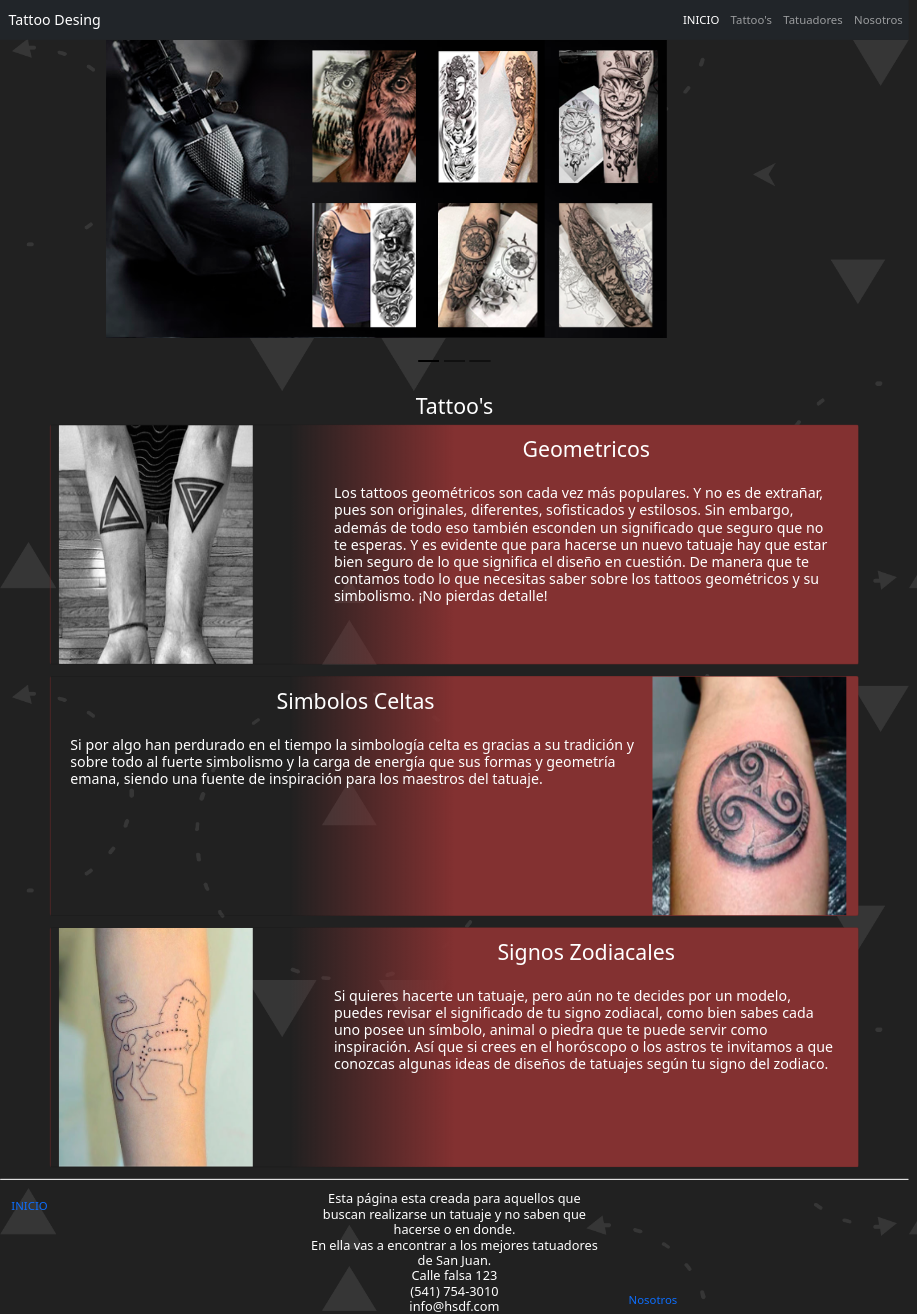
Repository: Vladimir-22/TatooDesign
Page: index.html
An editor plug-in stored every save of this project. The page is shown before and after the next save, followed by the edit.
The browser window is 1280 px wide. The page is 1292 px wide, then 1291 px, then 1292 px, so the pictures cover 1292 px, including what lies to the right of the window. The pictures show the whole page, at 71% of full size.
Some web libraries are served in a nearby version.

Above is the page before, as saved 2021-05-19 21:02:38.

### index.html
<!DOCTYPE html>
<html lang="es">

<head>
    <meta charset="UTF-8">
    <meta http-equiv="X-UA-Compatible" content="IE=edge">
    <meta name="viewport" content="width=device-width, initial-scale=1.0">
    <link href="https://cdn.jsdelivr.net/npm/bootstrap@5.0.0-beta3/dist/css/bootstrap.min.css" rel="stylesheet" integrity="sha384-eOJMYsd53ii+scO/bJGFsiCZc+5NDVN2yr8+0RDqr0Ql0h+rP48ckxlpbzKgwra6" crossorigin="anonymous">
    <script src="https://cdn.jsdelivr.net/npm/bootstrap@5.0.0-beta3/dist/js/bootstrap.bundle.min.js" integrity="sha384-JEW9xMcG8R+pH31jmWH6WWP0WintQrMb4s7ZOdauHnUtxwoG2vI5DkLtS3qm9Ekf" crossorigin="anonymous"></script>
    <script src="https://cdn.jsdelivr.net/npm/bootstrap@5.0.0-beta3/dist/js/bootstrap.bundle.min.js" integrity="sha384-JEW9xMcG8R+pH31jmWH6WWP0WintQrMb4s7ZOdauHnUtxwoG2vI5DkLtS3qm9Ekf" crossorigin="anonymous"></script>
    <script src="https://cdn.jsdelivr.net/npm/@popperjs/core@2.9.1/dist/umd/popper.min.js" integrity="sha384-SR1sx49pcuLnqZUnnPwx6FCym0wLsk5JZuNx2bPPENzswTNFaQU1RDvt3wT4gWFG" crossorigin="anonymous"></script>
    <script src="https://cdn.jsdelivr.net/npm/bootstrap@5.0.0-beta3/dist/js/bootstrap.min.js" integrity="sha384-j0CNLUeiqtyaRmlzUHCPZ+Gy5fQu0dQ6eZ/xAww941Ai1SxSY+0EQqNXNE6DZiVc" crossorigin="anonymous"></script>
    <link rel="stylesheet" href="https://use.fontawesome.com/releases/v5.8.1/css/all.css" integrity="sha384-50oBUHEmvpQ+1lW4y57PTFmhCaXp0ML5d60M1M7uH2+nqUivzIebhndOJK28anvf" crossorigin="anonymous">
    <link rel="stylesheet" href="css/styles.css">
    <title>Tattoo Desing</title>
</head>

<body>
    <nav class="navbar navbar-expand-lg navbar-dark bg-dark">
        <div class="container-fluid">
            <!-- <i class="fas fa-bars"></i> -->

            <div class="col-md-9">
                <a class="navbar-brand" href="#">Tattoo Desing</a>

                <button class="navbar-toggler" type="button" data-bs-toggle="collapse" data-bs-target="#navbarNav" aria-controls="navbarNav" aria-expanded="false" aria-label="Toggle navigation">
                    <span class="navbar-toggler-icon"></span>
                </button>
            </div>

            <div class="col-md-3 collapse navbar-collapse" id="navbarNav">
                <ul class="navbar-nav">
                    <li class="nav-item">
                        <a class="nav-link active" aria-current="page" href="#">INICIO</a>
                    </li>
                    <li class="nav-item">
                        <a class="nav-link" href="tattoo's.html">Tattoo's</a>
                    </li>
                    <li class="nav-item">
                        <a class="nav-link" href="tatuadores.html">Tatuadores</a>
                    </li>
                    <li class="nav-item">
                        <a class="nav-link" href="nosotros.html" tabindex="-1" aria-disabled="true">Nosotros</a>
                    </li>
                </ul>
            </div>

        </div>
    </nav>

    <div class="container">
        <div class="row" id="carrusel" >
            <div id="carouselExampleDark" class="carousel carousel-dark slide" data-bs-ride="carousel">

                <div class="carousel-indicators">
                    <button type="button" data-bs-target="#carouselExampleDark" data-bs-slide-to="0" class="active" aria-current="true" aria-label="Slide 1"></button>
                    <button type="button" data-bs-target="#carouselExampleDark" data-bs-slide-to="1" aria-label="Slide 2"></button>
                    <button type="button" data-bs-target="#carouselExampleDark" data-bs-slide-to="2" aria-label="Slide 3"></button>
                </div>

                <div class="carousel-inner">
                    <div class="carousel-item active" data-bs-interval="10000">
                        <img id="imgCarrusel" src="./Agos/Carrusel/trae-tu-diseño.png" class="d-block w-20" alt="...">
                        <!-- <div class="carousel-caption d-none d-md-block">
                            <h5>First slide label</h5>
                            <p>Some representative placeholder content for the first slide.</p>
                        </div> -->
                    </div>
                    <div class="carousel-item" data-bs-interval="4000">
                        <img id="imgCarrusel" src="./Agos/Carrusel/Tendencias.png" class="d-block w-20" alt="...">
                        <!-- <div class="carousel-caption d-none d-md-block">
                            <h5>Second slide label</h5>
                            <p>Some representative placeholder content for the second slide.</p>
                        </div> -->
                    </div>
                    <div class="carousel-item" data-bs-interval="2000">
                        <img id="imgCarrusel" src="./Agos/Carrusel/Tatuadores-banner.png" class="d-block w-20" alt="...">
                        <!-- <div class="carousel-caption d-none d-md-block">
                            <h5>Third slide label</h5>
                            <p>Some representative placeholder content for the third slide.</p>
                        </div> -->
                    </div>
                </div>

                <!-- <button class="carousel-control-prev" type="button" data-bs-target="#carouselExampleDark" data-bs-slide="prev">
                  <span class="carousel-control-prev-icon" aria-hidden="true"></span>
                  <span class="visually-hidden">Previous</span>
                </button>
                <button class="carousel-control-next" type="button" data-bs-target="#carouselExampleDark" data-bs-slide="next">
                  <span class="carousel-control-next-icon" aria-hidden="true"></span>
                  <span class="visually-hidden">Next</span>
                </button> -->

            </div>
        </div>

        <div class="row section2 text-center">
            <h1>
                Tattoo's
            </h1>
        </div>

        <div class="row">
            <!-- <div class="card mb-3">
                <img src="./Pedro/Categorías - Signos Zodiacales/Simbolos Celtas.PNG" class="card-img-top" alt="...">
                <div class="card-body">
                    <h5 class="card-title">Card title</h5>
                    <p class="card-text">This is a wider card with supporting text below as a natural lead-in to additional content. This content is a little bit longer.</p>
                    <p class="card-text"><small class="text-muted">Last updated 3 mins ago</small></p>
                </div>
            </div> -->

            <div id="Geometricos" class="card mb-3" style="max-width: auto;">
                <div class="row g-0">
                    <div class="col-md-4">
                        <img id="imagen" src="./Pedro/Categorías - descripcion inicio/Tatuajes Geometricos.jpg" alt="...">
                    </div>
                    <div class="col-md-8">
                        <div class="card-body">
                            <h1 class="card-title">Geometricos</h1> <br>
                            <h5 id="descrip-gral" class="card-text">
                                Los tattoos geométricos son cada vez más populares. Y no es de extrañar, pues son originales, diferentes, sofisticados y estilosos. Sin embargo, además de todo eso también esconden un significado que seguro que no te esperas.
                                Y es evidente que para hacerse un nuevo tatuaje hay que estar bien seguro de lo que significa el diseño en cuestión. De manera que te contamos todo lo que necesitas saber sobre los tattoos geométricos y su simbolismo. ¡No
                                pierdas detalle!
                            </h5>
                            <!-- <p class="card-text"><small class="text-muted">Última actualización 3 minutos</small></p> -->
                        </div>
                    </div>
                </div>
            </div>

            <div id="Celtas" class="card mb-3" style="max-width: auto;">
                <div class="row g-0">
                    <div class="col-md-9">
                        <div class="card-body">
                            <h1 class="card-title">Simbolos Celtas</h1> <br>
                            <h5 id="descrip-gral" class="card-text">
                                Si por algo han perdurado en el tiempo la simbología celta es gracias a su tradición y sobre todo
                                al fuerte simbolismo y la carga de energía que sus formas y geometría emana, siendo una fuente de
                                inspiración para los maestros del tatuaje.
                            </h5 >
                            <!-- <p class="card-text"><small class="text-muted">Última actualización 3 minutos</small></p> -->
                        </div>
                    </div>
                    <div class="col-md-3">
                        <img id="imagen" src="./Pedro/Categorías - descripcion inicio/Simbolos Celtas.jpg" alt="...">
                    </div>
                </div>
            </div>

            <div id="Zodiacales" class="card mb-3" style="max-width: auto;">
                <div class="row g-0">
                    <div class="col-md-4">
                        <img id="imagen" src="./Pedro/Categorías - descripcion inicio/Signos Zodiacales.jpg" alt="...">
                    </div>
                    <div class="col-md-8">
                        <div class="card-body">
                            <h1 class="card-title">Signos Zodiacales</h1> <br>
                            <h5 id="descrip-gral" class="card-text">
                                Si quieres hacerte un tatuaje, pero aún no te decides por un modelo, puedes revisar el significado
                                de tu signo zodiacal, como bien sabes cada uno posee un símbolo, animal o piedra que te puede servir
                                como inspiración.
                                Así que si crees en el horóscopo o los astros te invitamos a que conozcas algunas ideas de diseños
                                de tatuajes según tu signo del zodiaco.
                            </h5>
                            <!-- <p class="card-text"><small class="text-muted">Última actualización 3 minutos</small></p> -->
                        </div>
                    </div>
                </div>
            </div>
        </div>

    </div>
</body>
<footer>
    <div class="footer" id="footer">
        <div id="footer" class="card mb-3" style="auto"></div>
        <div class="row">
            <div class="col align-self-start">
                <a class="nav-link active" aria-current="page" href="#">INICIO</a>
            </div>
            <div class="col align-center">
                <h3 id="descrip-gral" class="card-text">
                    Esta página esta creada para aquellos que buscan realizarse un tatuaje y no saben que hacerse o en donde. <br>
                    En ella vas a encontrar a los mejores tatuadores de San Juan.<br>
                    Calle falsa 123<br>
                    (541) 754-3010<br>
                    info@hsdf.com<br>
                </h3>
            </div>

            <div class="col align-self-end">

                    <a class="nav-link" href="nosotros.html" tabindex="-1" aria-disabled="true">Nosotros</a>
                </div>
            </div>
         </div>
    </div>

</footer>
</html>

### css/styles.css
body {
    margin: 0 !important;
    padding: 0;
    position: relative;
    /*width: 1440px;
    height: 1024px;*/
    background: #212121;
    background-image: url(../Daniela/Background.png);
    background-position: center;
    background-size: contain;
    /* font-family: NanumGothic; */
}

.section2 {
    margin-top: 7%;
    color: white;
}

.section3 {
    margin-top: 3%;
    color: white;
}

h1 {
    font-size: 30px;
}

h2 {
    font-size: 21px;
}

h3 {
    font-size: 18px;
}

h1,
h2,
h3 {
    color: white;
    text-align: center;
}


/*.card img {
    width: 30%;
    height: 30%;
    align-content: center;
} */

nav {
    position: absolute;
    left: 0% !important;
    right: 0% !important;
    top: 0% !important;
    bottom: 0% !important;
    background: #000000 !important;
}

.carousel-indicators {
    left: 0% !important;
    right: 0% !important;
    top: 105% !important;
    bottom: 0% !important;
    margin-top: 0% !important;
}

.carousel-inner {
    left: 6% !important;
    right: 0% !important;
    top: 0% !important;
}



#Geometricos,
#Celtas,
#Zodiacales {
    background: linear-gradient(270deg, #833131 50%, rgba(131, 49, 49, 0) 70.34%);
    border-radius: 4px;
}

#nosotros
{
    background: none;
}

#descrip-gral {
    color: white;
}

#imagen {
    width: 273px;
    height: 336px;
}

#Celtas #imagen {
    right: 100% !important;
    top: 660px;
}

After the next save:
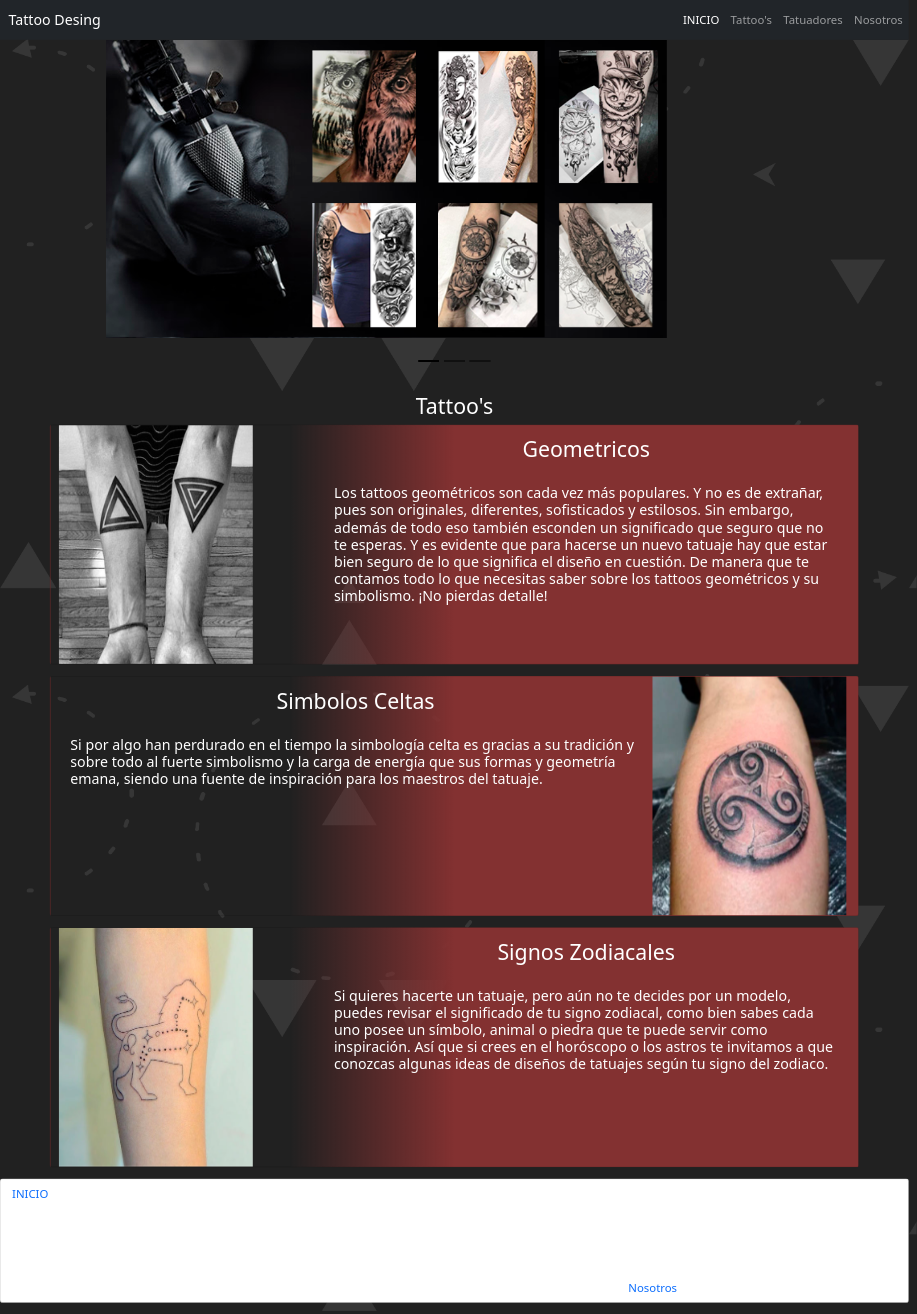
Saved 84 s later.
--- a/index.html
+++ b/index.html
@@ -174,27 +174,28 @@
 </body>
 <footer>
     <div class="footer" id="footer">
-        <div id="footer" class="card mb-3" style="auto"></div>
-        <div class="row">
-            <div class="col align-self-start">
-                <a class="nav-link active" aria-current="page" href="#">INICIO</a>
-            </div>
-            <div class="col align-center">
-                <h3 id="descrip-gral" class="card-text">
-                    Esta página esta creada para aquellos que buscan realizarse un tatuaje y no saben que hacerse o en donde. <br>
-                    En ella vas a encontrar a los mejores tatuadores de San Juan.<br>
-                    Calle falsa 123<br>
-                    (541) 754-3010<br>
-                    info@hsdf.com<br>
-                </h3>
-            </div>
-
-            <div class="col align-self-end">
-
-                    <a class="nav-link" href="nosotros.html" tabindex="-1" aria-disabled="true">Nosotros</a>
-                </div>
-            </div>
-         </div>
+        <div id="footer" class="card mb-3" style="auto">
+            <div class="row">
+                <div class="col align-self-start">
+                    <a class="nav-link active" aria-current="page" href="#">INICIO</a>
+                </div>
+                <div class="col align-center">
+                    <h3 id="descrip-gral" class="card-text">
+                        Esta página esta creada para aquellos que buscan realizarse un tatuaje y no saben que hacerse o en donde. <br>
+                        En ella vas a encontrar a los mejores tatuadores de San Juan.<br>
+                        Calle falsa 123<br>
+                        (541) 754-3010<br>
+                        info@hsdf.com<br>
+                    </h3>
+                </div>
+
+                <div class="col align-self-end">
+
+                        <a class="nav-link" href="nosotros.html" tabindex="-1" aria-disabled="true">Nosotros</a>
+                    </div>
+                </div>
+            </div>
+        </div>
     </div>
 
 </footer>

After the save that followed:
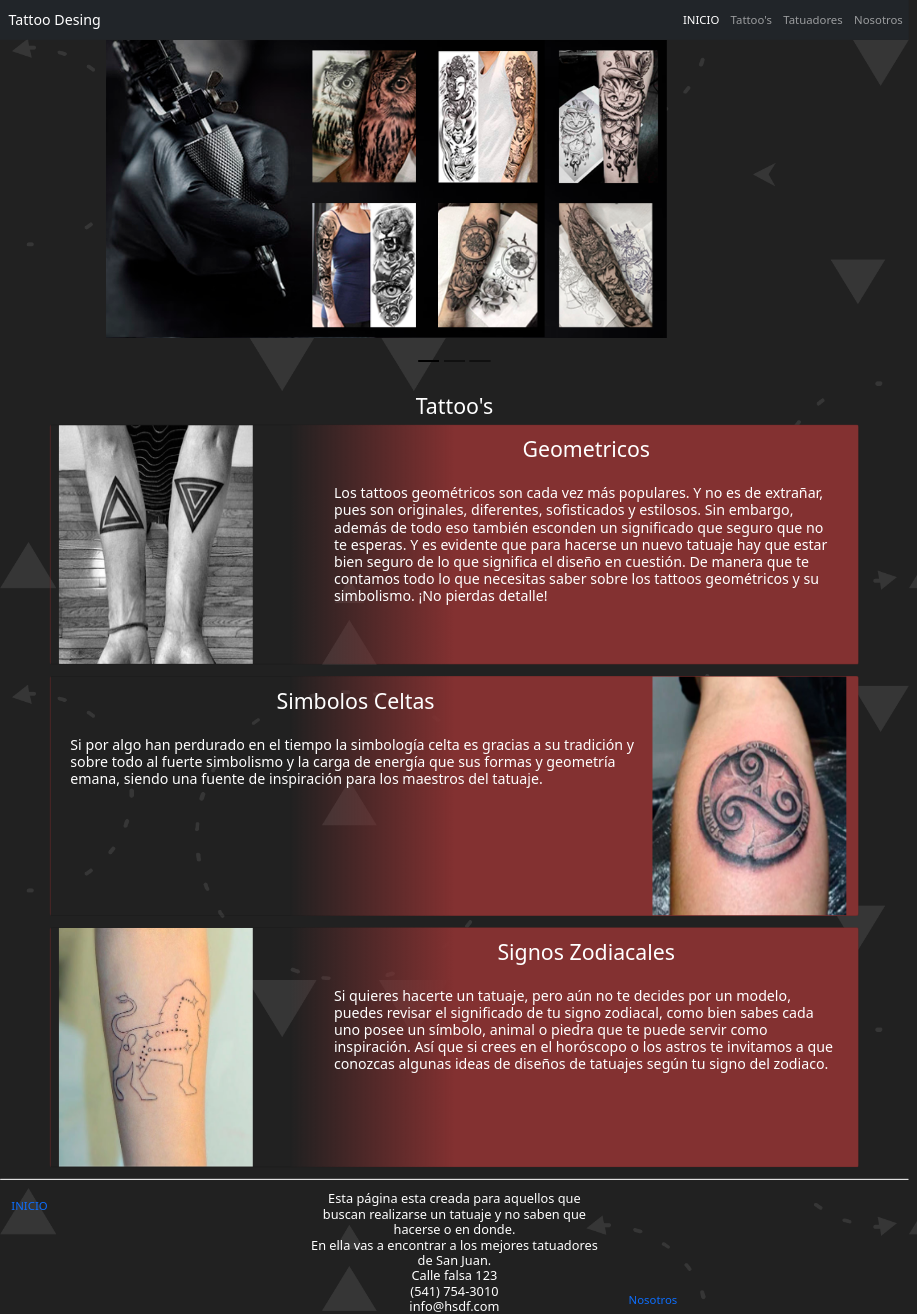
Saved 60 s later.
--- a/index.html
+++ b/index.html
@@ -174,7 +174,7 @@
 </body>
 <footer>
     <div class="footer" id="footer">
-        <div id="footer" class="card mb-3" style="auto">
+        <div id="footer" class="card mb-3" style="auto"></div>
             <div class="row">
                 <div class="col align-self-start">
                     <a class="nav-link active" aria-current="page" href="#">INICIO</a>
@@ -188,14 +188,11 @@
                         info@hsdf.com<br>
                     </h3>
                 </div>
-
                 <div class="col align-self-end">
-
                         <a class="nav-link" href="nosotros.html" tabindex="-1" aria-disabled="true">Nosotros</a>
                     </div>
                 </div>
             </div>
-        </div>
     </div>
 
 </footer>
